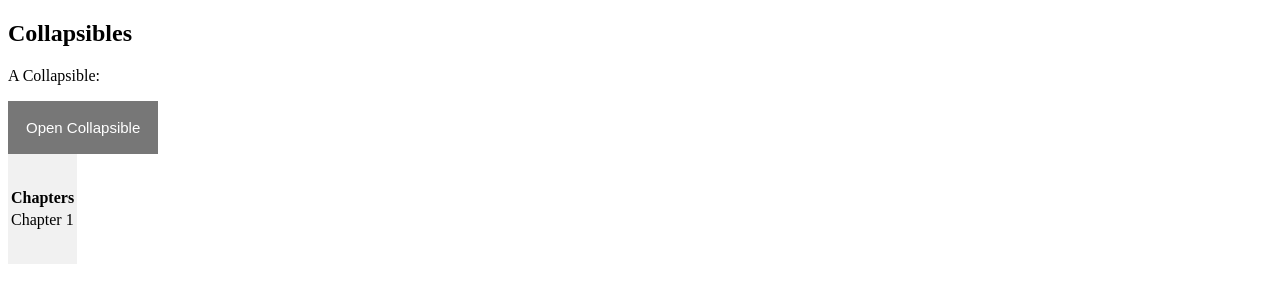
Repository: jpaisiem/WP-4
Page: index.html
These files come from the project's save history. The page is drawn as it stood at one moment and after a run of saves; the edit follows.
The browser window is 1280 px wide. The pictures show the whole page.

Above is the page before, as saved 2025-04-29 12:11:53.

### index.html
<!DOCTYPE html>
<html>
<head>
<meta name="viewport" content="width=device-width, initial-scale=1">
<style>
.collapsible {
  background-color: #777;
  color: white;
  cursor: pointer;
  padding: 18px;
  width: fit-content;
  border: none;
  text-align: left;
  outline: none;
  font-size: 15px;
}

.active, .collapsible:hover {
  background-color: #555;
}

.content {
  display: flex;
  flex-direction: column;
  overflow: hidden;
  background-color: #f1f1f1;
  width: fit-content;
  height: fit-content;
}
</style>
</head>
<body>

<h2>Collapsibles</h2>

<p>A Collapsible:</p>
<button type="button" class="collapsible">Open Collapsible</button>
<div class="content">
  <p><table>
    <tr>
        <th>Chapters</th>
    </tr>
    <tr>
        <td>Chapter 1</td>
    </tr>
  </table></p>
</div>

<script>
var coll = document.getElementsByClassName("collapsible");
var i;

for (i = 0; i < coll.length; i++) {
  coll[i].addEventListener("click", function() {
    this.classList.toggle("active");
    var content = this.nextElementSibling;
    if (content.style.display === "block") {
      content.style.display = "none";
    } else {
      content.style.display = "block";
    }
  });
}
</script>

</body>
</html>

After the next 3 saves:
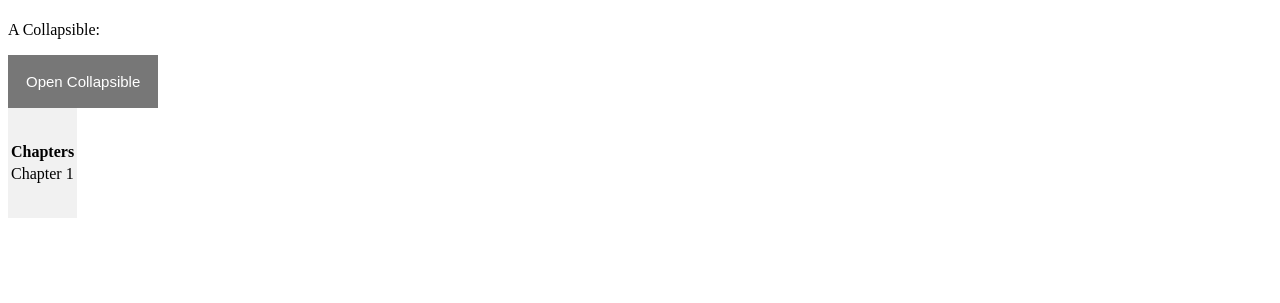
The 3 saves are shown as one change because they came seconds apart.
The last was saved 46 s later.
--- a/index.html
+++ b/index.html
@@ -31,7 +31,7 @@
 </head>
 <body>
 
-<h2>Collapsibles</h2>
+<h1></h1>
 
 <p>A Collapsible:</p>
 <button type="button" class="collapsible">Open Collapsible</button>
